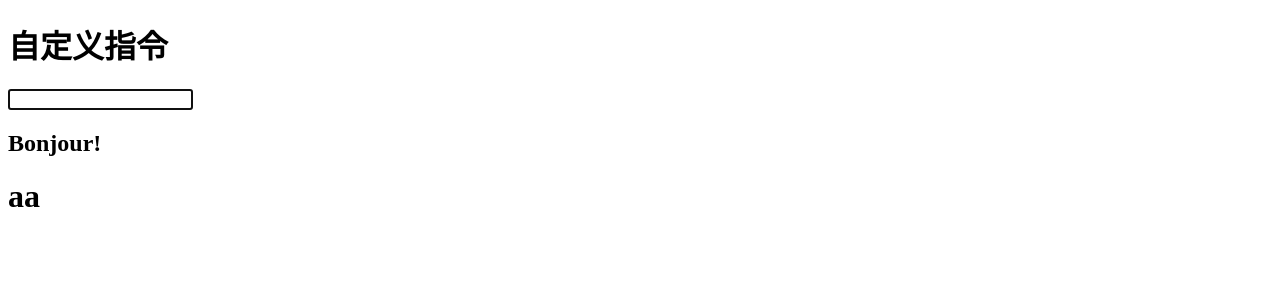
Repository: paranoia-M/vue3-Actions
Page: /define
An editor plug-in stored every save of this project. The page is shown before and after the next save, followed by the edit.
The browser window is 1280 px wide. The pictures show the whole page.
The project was rebuilt for these pictures with package versions that can differ from the ones it lists, and the page was loaded fresh each time. Also part of the build but not shown: vite.config.js, vue.config.js, src/components/demo/Pra.vue, src/components/demo/Pra2.vue, src/components/demo/Pra3.vue, src/components/Component.vue.

Above is the page before, as saved 2022-03-14 15:07:21.

After the next save:
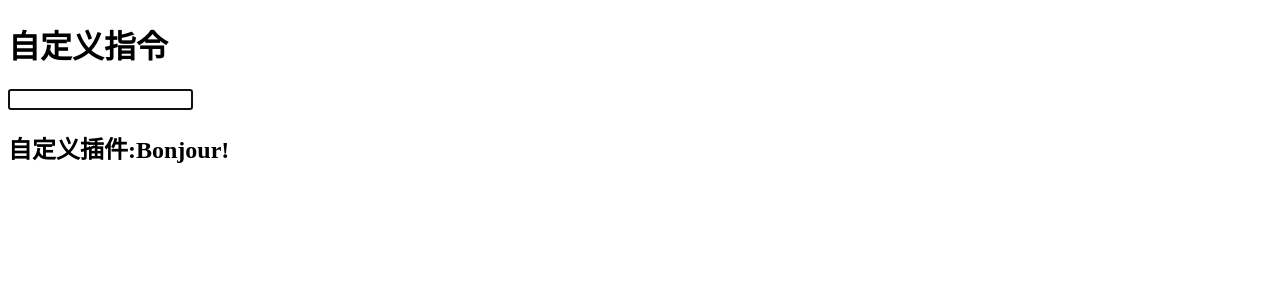
Saved 41 s later.
--- a/src/pages/define/DefineV.vue
+++ b/src/pages/define/DefineV.vue
@@ -2,8 +2,7 @@
   <div>
     <h1>自定义指令</h1>
     <input type="text" v-focus />
-    <h2>{{ $translate("greetings.hello") }}</h2>
-    <h1>aa</h1>
+    <h2>自定义插件:{{ $translate("greetings.hello") }}</h2>
   </div>
 </template>
 
